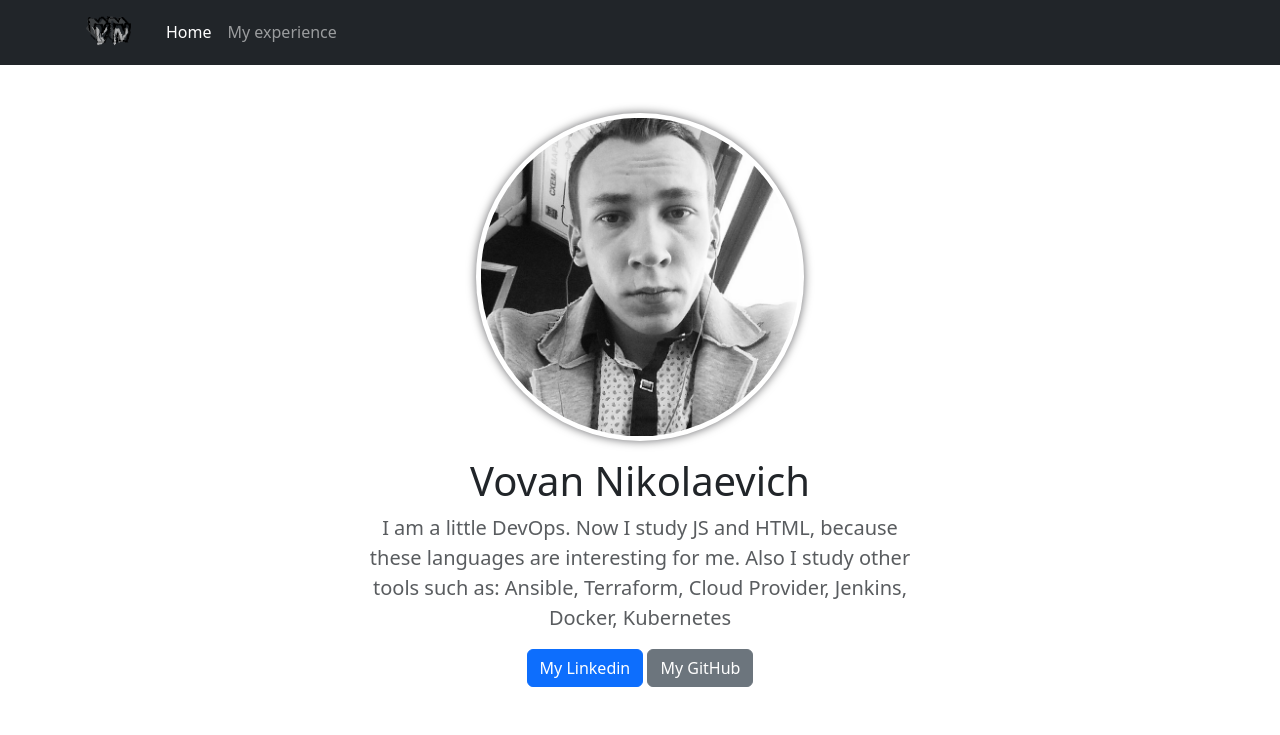
Repository: vovanbl411/mini-web-site
Page: index.html
The author's editor kept a copy of each file at every save. The page is drawn from the files as they stood at one save, then again after the next save.
The browser window is 1280 px wide. The pictures show the whole page.

Above is the page before, as saved 2023-01-22 05:15:17.

After the next save:
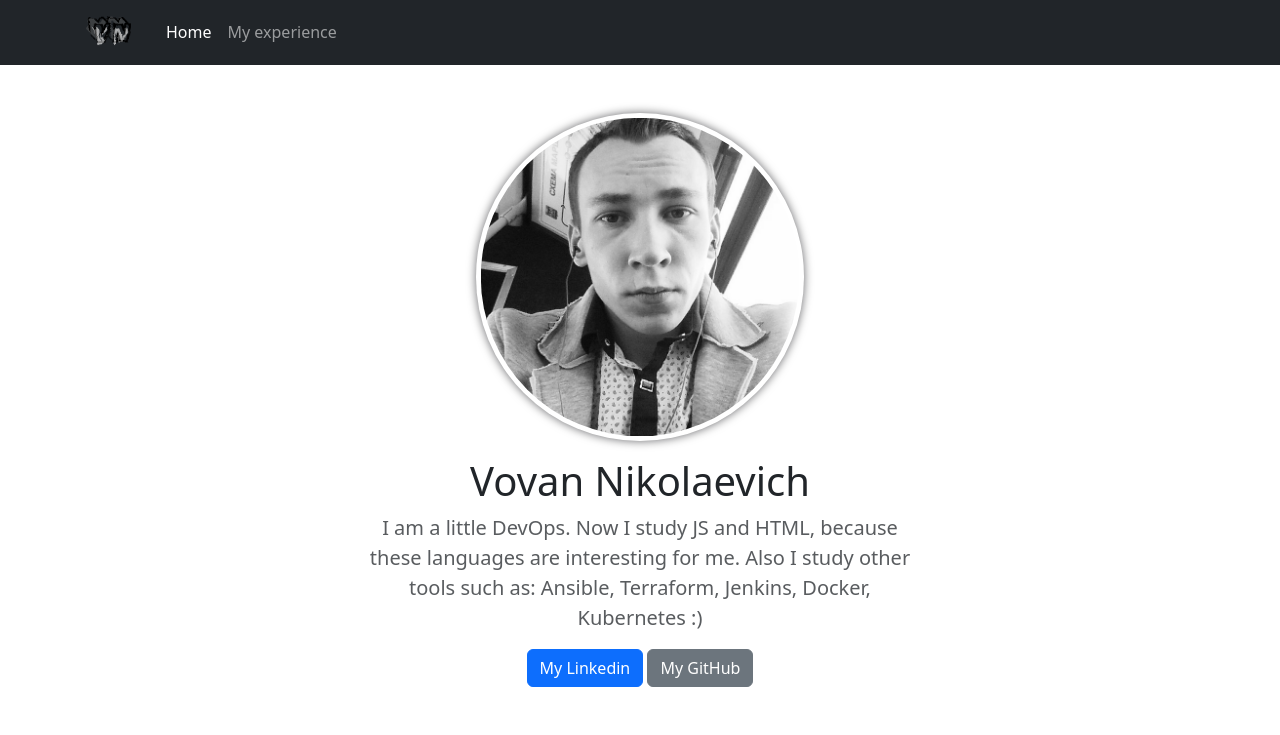
Saved 47 s later.
--- a/index.html
+++ b/index.html
@@ -67,7 +67,7 @@
           <p class="lead text-muted">
             I am a little DevOps. Now I study JS and HTML, because these
             languages are interesting for me. Also I study other tools such as:
-            Ansible, Terraform, Cloud Provider, Jenkins, Docker, Kubernetes
+            Ansible, Terraform, Jenkins, Docker, Kubernetes :)
           </p>
           <a
             href="https://www.linkedin.com/in/vovan-nikolaevich/"
